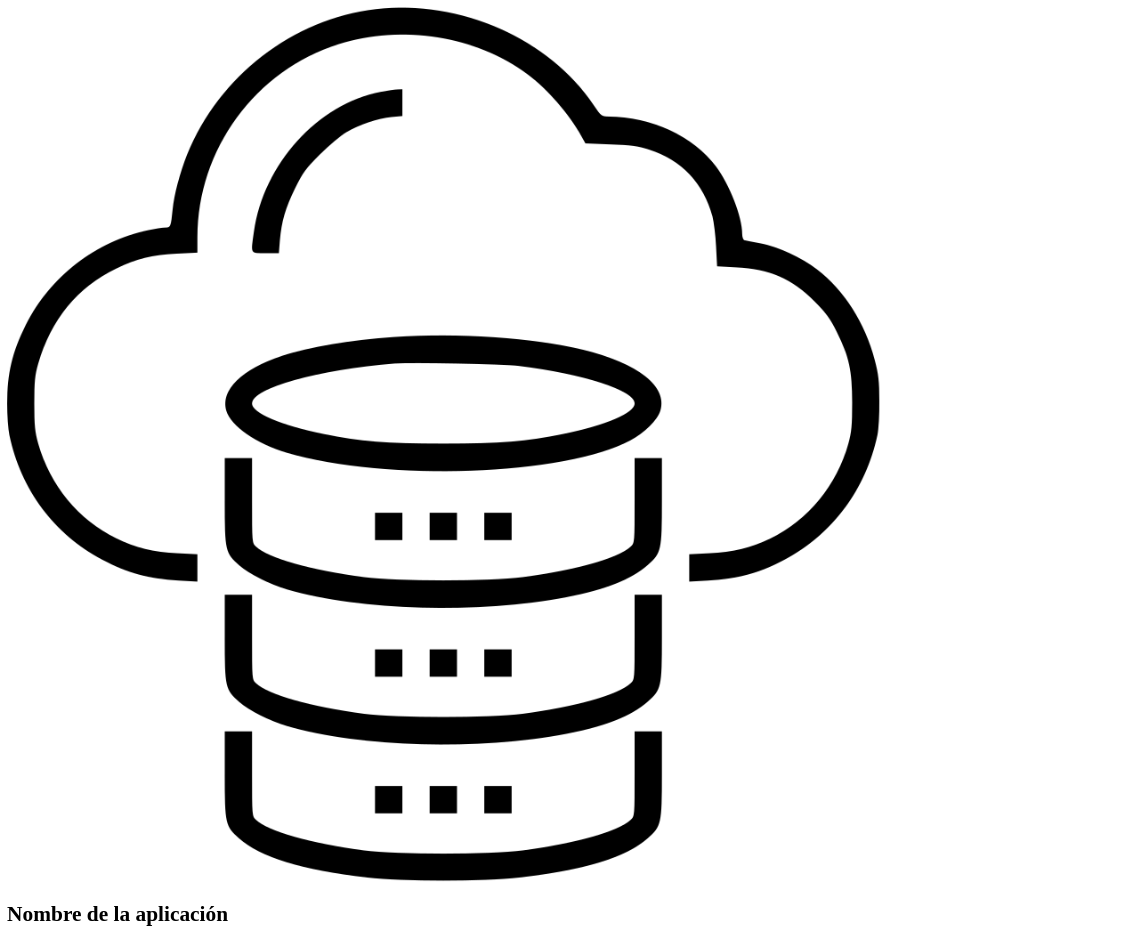
Repository: marcoBartolo55/data_analysis_app_-dev_project
Page: http://localhost/
The author's editor kept a copy of each file at every save. The page is drawn from the files as they stood at one save, then again after a run of saves.
The browser window is 1280 px wide. The pictures show the whole page, at 89% of full size.
The page is served by the project's application, run on Flask 3 (app/app.py).

Above is the page before, as saved 2025-10-19 22:24:28.

After the next 5 saves:
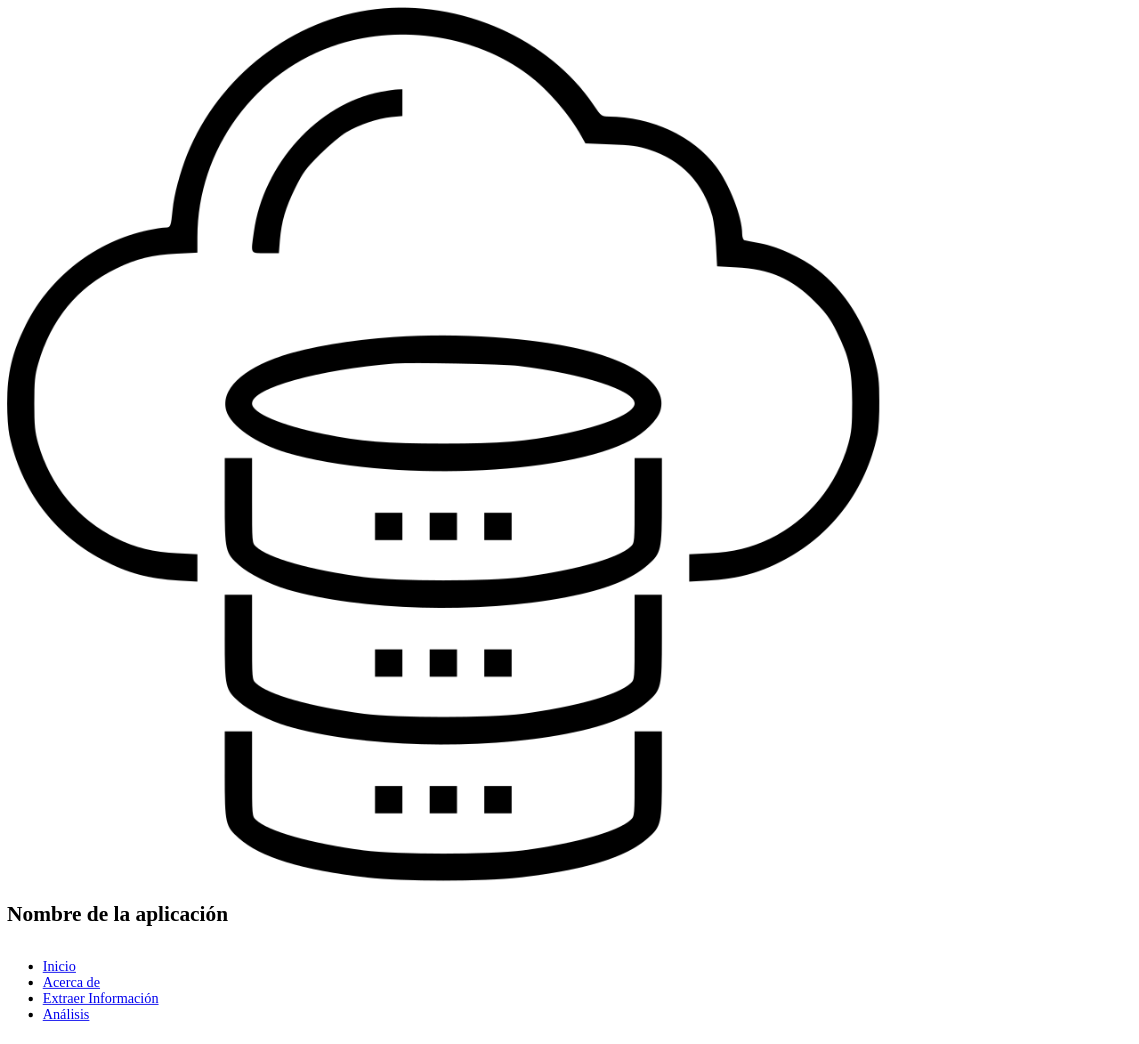
The 5 saves are shown as one change because they came seconds apart.
The last was saved 28 s later.
--- a/static/styles/index.css
+++ b/static/styles/index.css
@@ -1,7 +1,9 @@
 .side-bar{
-    display: none;
+    display: grid;
+    grid-template-columns: 1fr;
 }
 
 .main-content{
     margin-left: 0;
+
 }
